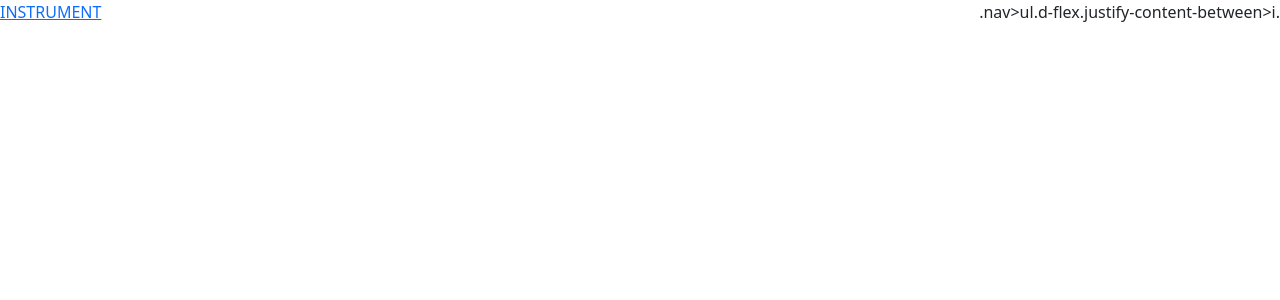
Repository: MazenAhmed0/INST_WebApp
Page: index.html
The author's editor kept a copy of each file at every save. The page is drawn from the files as they stood at one save, then again after a run of saves.
The browser window is 1280 px wide. The pictures show the whole page.

Above is the page before, as saved 2024-12-30 17:33:05.

After the next 2 saves:
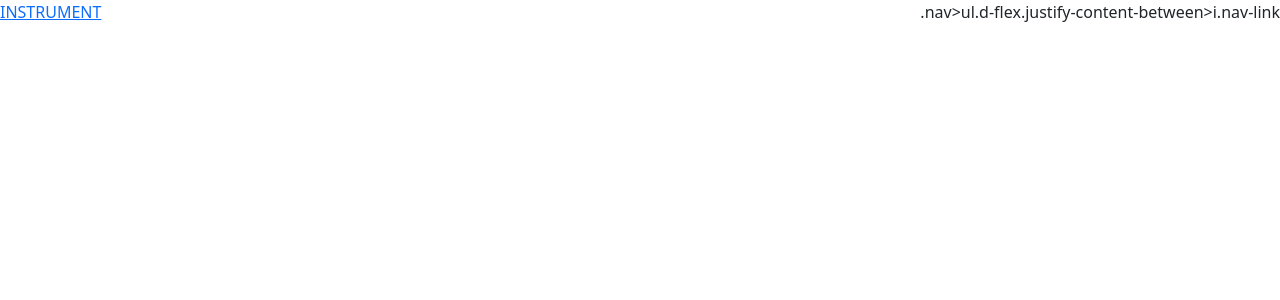
The 2 saves are shown as one change because they came seconds apart.
The last was saved 8 s later.
--- a/index.html
+++ b/index.html
@@ -12,7 +12,7 @@
         <div class="navbar-brand">
             <a href="">INSTRUMENT</a>
         </div>
-        .nav>ul.d-flex.justify-content-between>i.
+        .nav>ul.d-flex.justify-content-between>i.nav-link
     </nav>
 </body>
 </html>
